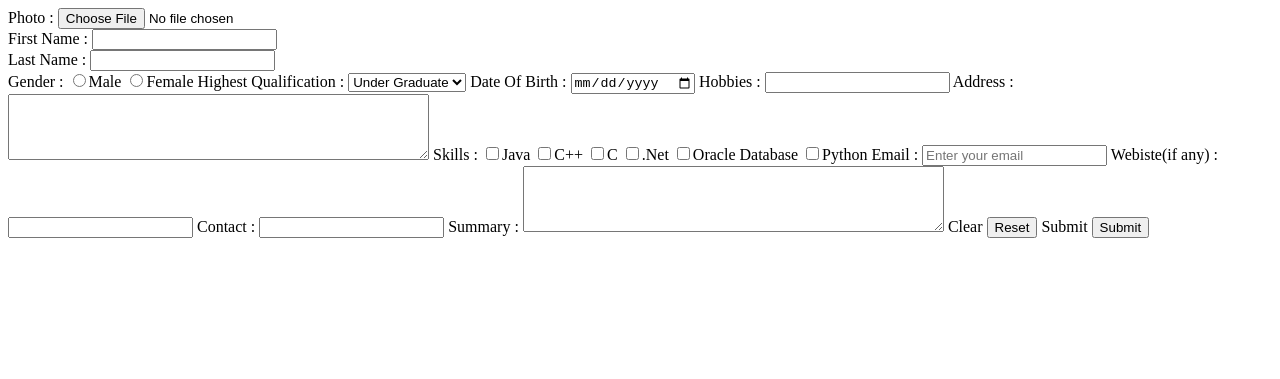
Repository: kiaanMayur/Servlet-Resume-Builder
Page: ResumeBuilder/WebContent/index.html
An editor plug-in stored every save of this project. The page is shown before and after the next save, followed by the edit.
The browser window is 1280 px wide. The pictures show the whole page.

Above is the page before, as saved 2018-08-07 08:40:47.

### ResumeBuilder/WebContent/index.html
<!DOCTYPE html>
<html>
<head>
<meta charset="ISO-8859-1">
<title>Resume Builder</title>
</head>
<body>

	<form action="">

		Photo : <input type="file" name="Photo"> </br>
		First Name : <input type="text" name="First Name"> </br>
		Last Name : <input type="text" name="Last Name"> </br>
		Gender :
				<input type="radio" name="Gender">Male
				<input type="radio" name="Gender">Female

		Highest Qualification : <select>
				<option value="Under Graduate">Under Graduate</option>
				<option value="Post Graduate">Under Graduate</option>
				<option value="Diploma">Under Graduate</option>
				<option value="PHD">Under Graduate</option>
			</select>

		Date Of Birth : <input type="date">
		Hobbies : <input type>
		Address : <textarea rows="4" cols="50"></textarea>
		Skills :
				<input type="checkbox" value="Java" name="java">Java
				<input type="checkbox" value="CPP" name="cpp">C++
				<input type="checkbox" value="C" name="c">C
				<input type="checkbox" value=".Net" name=".net">.Net
				<input type="checkbox" value="Oracle" name="oracle">Oracle Database
				<input type="checkbox" value="Python" name="python">Python

		Email : <input type="email" placeholder="Enter your email">
		Webiste(if any) : <input type="url">
		Contact : <input type="number">
		Summary : <textarea rows="4" cols="50"></textarea>
		Clear <input type="reset">
		Submit <input type="submit">

	</form>

</body>
</html>

After the next save:
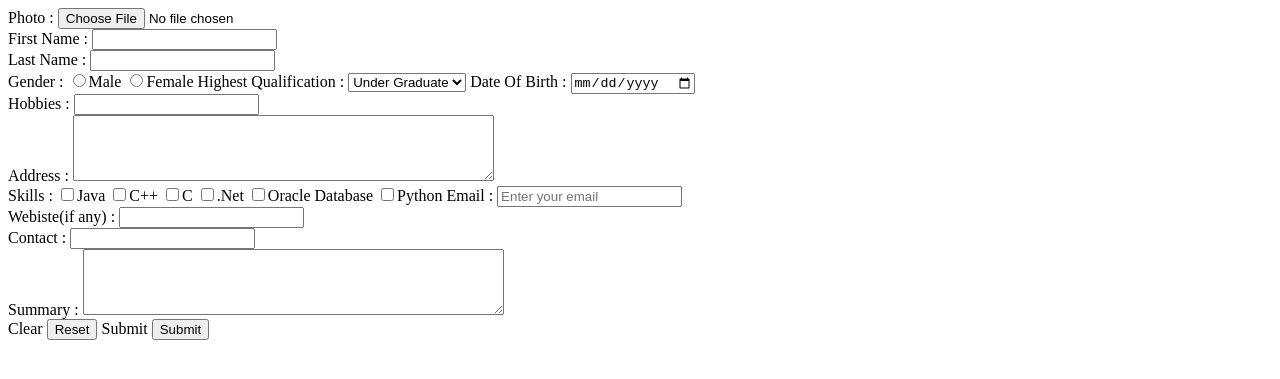
Saved 41 s later.
--- a/ResumeBuilder/WebContent/index.html
+++ b/ResumeBuilder/WebContent/index.html
@@ -22,9 +22,9 @@
 				<option value="PHD">Under Graduate</option>
 			</select>
 
-		Date Of Birth : <input type="date">
-		Hobbies : <input type>
-		Address : <textarea rows="4" cols="50"></textarea>
+		Date Of Birth : <input type="date"> </br>
+		Hobbies : <input type> </br>
+		Address : <textarea rows="4" cols="50"></textarea> </br>
 		Skills :
 				<input type="checkbox" value="Java" name="java">Java
 				<input type="checkbox" value="CPP" name="cpp">C++
@@ -33,10 +33,10 @@
 				<input type="checkbox" value="Oracle" name="oracle">Oracle Database
 				<input type="checkbox" value="Python" name="python">Python
 
-		Email : <input type="email" placeholder="Enter your email">
-		Webiste(if any) : <input type="url">
-		Contact : <input type="number">
-		Summary : <textarea rows="4" cols="50"></textarea>
+		Email : <input type="email" placeholder="Enter your email"> </br>
+		Webiste(if any) : <input type="url"> </br>
+		Contact : <input type="number"> </br>
+		Summary : <textarea rows="4" cols="50"></textarea> </br>
 		Clear <input type="reset">
 		Submit <input type="submit">
 
